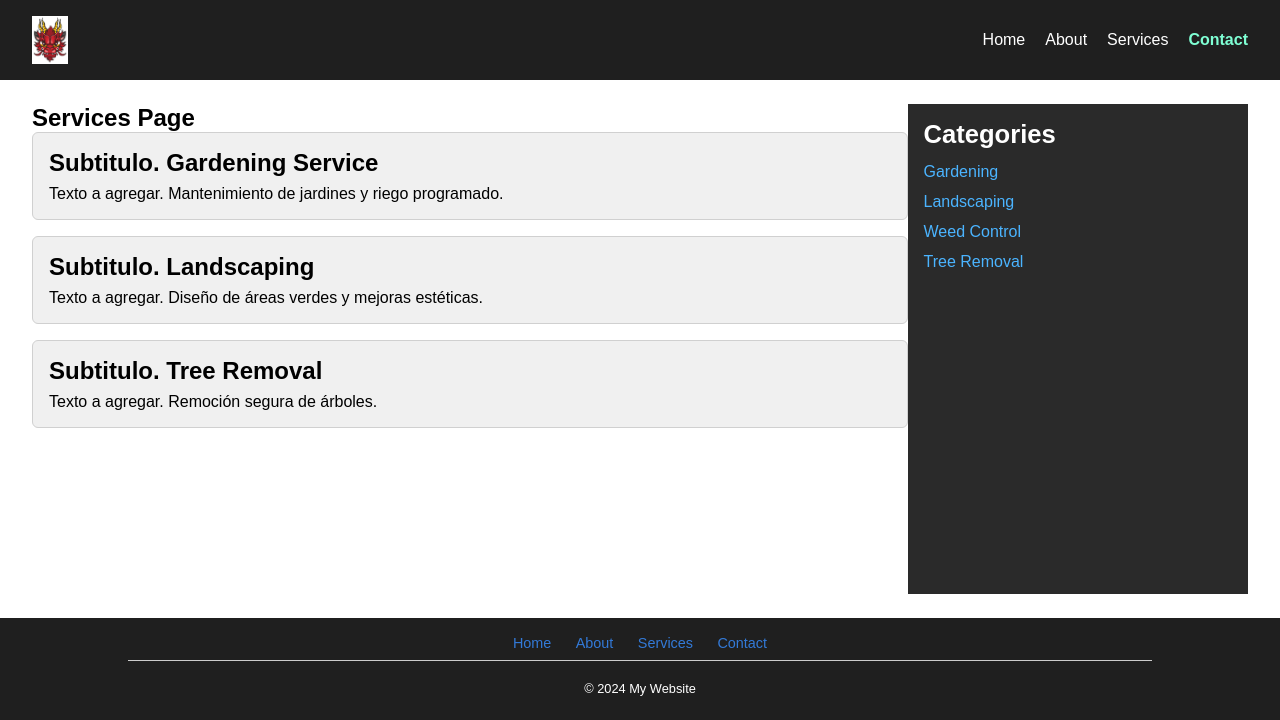
Repository: andreamm-lab/basic-navigation-example-2025-10
Page: pages/contact.html
These files come from the project's save history. The page is drawn as it stood at one moment and after the next save; the edit follows.
The browser window is 1280 px wide. The pictures show the whole page.

Above is the page before, as saved 2025-11-06 20:43:38.

After the next save:
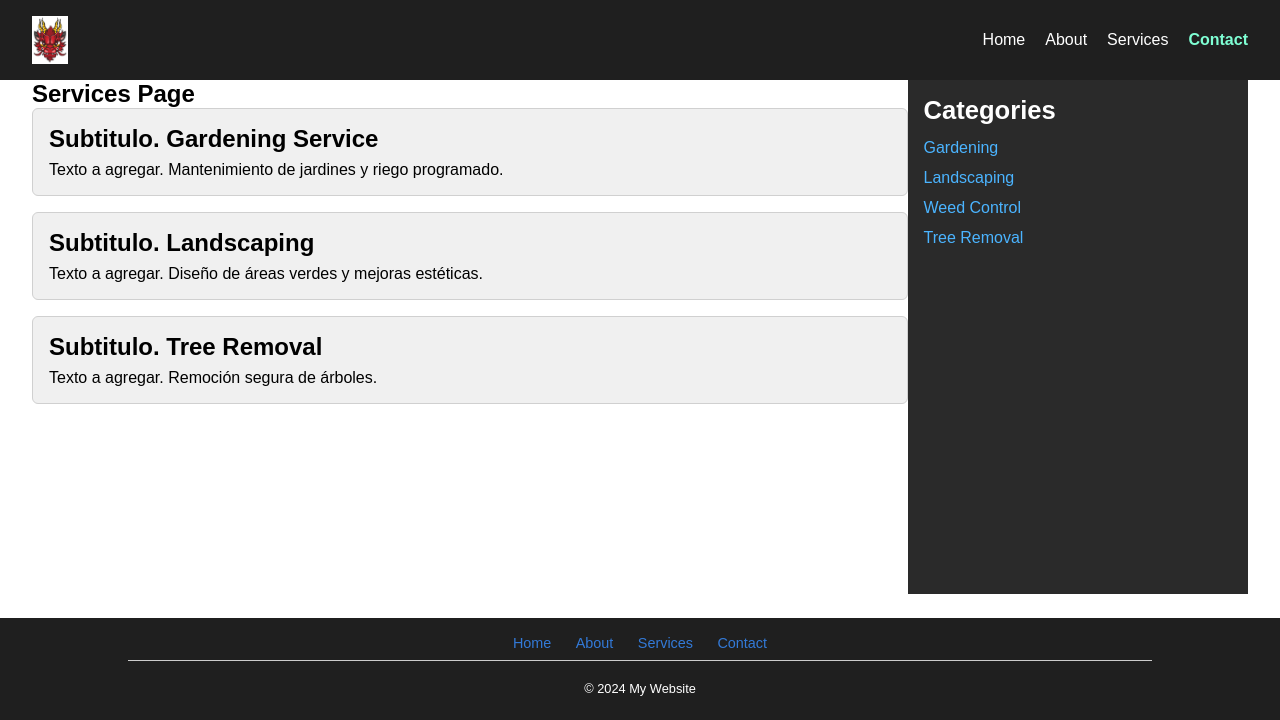
Saved 3 min 8 s later.
--- a/main.css
+++ b/main.css
@@ -1,6 +1,6 @@
 /* 1.---------------------- General ---------------------- */
 
-* {
+*  {
     Box-sizing: border-box;
     Margin: 0;
     Padding: 0;
@@ -27,7 +27,7 @@ Header nav {
     Min-height: 80px;
     Background-color: #1F1F1F;
     Display: flex;
-    Align-items: center;         /* centra verticalmente */
+    Align-items: center;           /* centra verticalmente */
     Justify-content: space-between; /* separa logo y menú */
 }
 
@@ -58,11 +58,16 @@ Header nav ul li a:hover {
     Color: rgb(92, 229, 0);
 }
 
-/* 3.---------------------- Home / Main content ---------------------- */
+/* 3.---------------------- Main / Home content ---------------------- */
 
 Main {
     Display: block;
-    Padding: 24px 32px;
+    Padding: 24px 32px; /* padding general para Home */
+}
+
+/* 🔹 en la página Services (class=”page”), quitamos el padding superior */
+Main.page {
+    Padding: 0 32px 24px 32px; /* top=0 para pegar al header */
 }
 
 #page-title {
@@ -89,28 +94,28 @@ Main {
 
 /* 4.---------------------- Services layout ---------------------- */
 
-/* Contenedor de toda la página */
+/* Contenedor principal: contenido + aside */
 .page {
-    Display: flex;   /* lado a lado: contenido + aside */
+    Display: flex;   /* coloca el contenido y aside en columnas */
     Gap: 0;
 }
 
-/* Columna izquierda (contenido principal) */
+/* Contenido principal */
 .main-content {
     Width: 72%;
     Vertical-align: top;
 }
 
-/* Columna derecha (aside) */
+/* Aside Categories */
 .side-nav {
     Width: 28%;
     Background-color: #2a2a2a;
     Color: #fff;
-    Margin: 0;            /* sin margen alrededor */
-    Padding: 0;           /* sin espacio interior general */
-    Border: none;         /* sin borde */
+    Margin: 0;                /* sin espacio externo */
+    Padding: 0;               /* sin espacio interno general */
+    Border: none;             /* sin borde */
     Box-sizing: border-box;
-    Min-height: 100%;     /* ocupa todo el alto del contenedor */
+    Min-height: 100%;         /* ocupa todo el alto */
 }
 
 /* Título dentro del aside */
